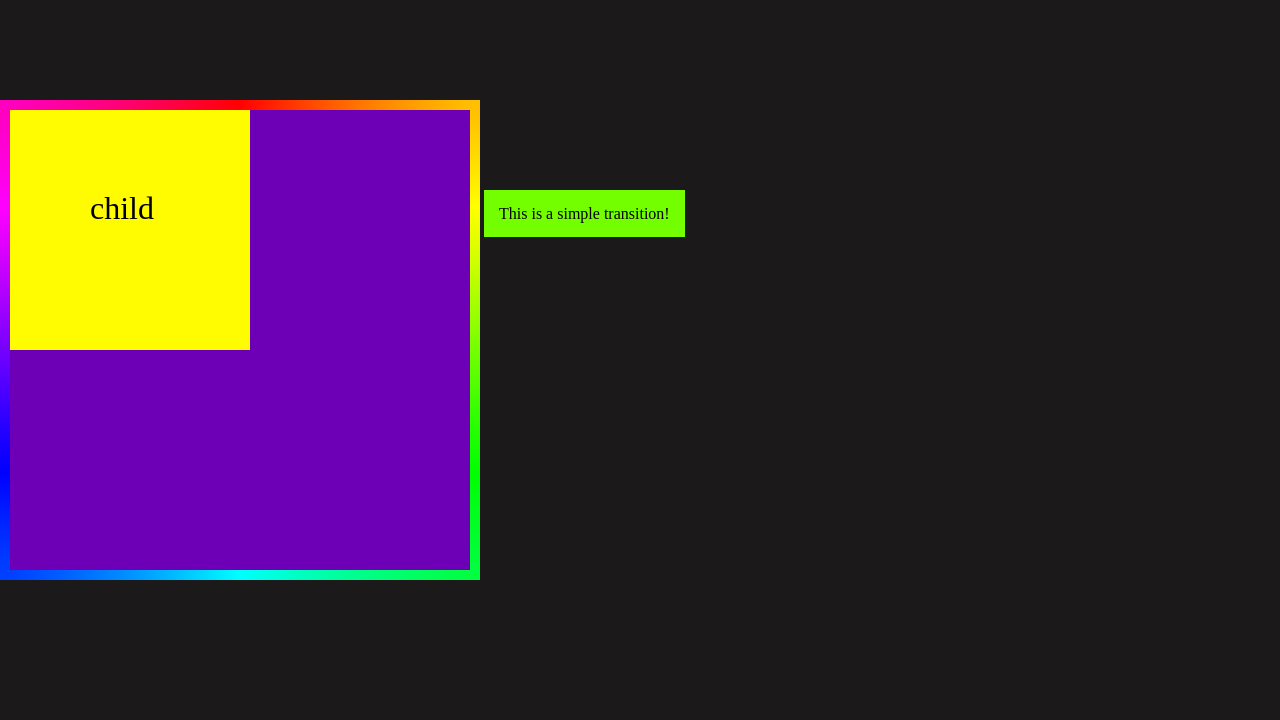
Repository: badhon252/revision
Page: Day-5/index.html
The author's editor kept a copy of each file at every save. The page is drawn from the files as they stood at one save, then again after the next save.
The browser window is 1280 px wide. The pictures show the whole page.

Above is the page before, as saved 2022-02-12 00:15:06.

### Day-5/index.html
<!DOCTYPE html>
<html lang="en">

<head>
    <meta charset="UTF-8">
    <meta http-equiv="X-UA-Compatible" content="IE=edge">
    <meta name="viewport" content="width=device-width, initial-scale=1.0">
    <link rel="stylesheet" href="index.css">
    <title>animation</title>
</head>

<body>
    <div class="main">


        <div class="parent">
            <div class="child">child</div>
        </div>
        <div class="tooltip">
            This is a simple transition!
        </div>
    </div>
</body>

</html>

### Day-5/index.css
* {
  margin: 0;
  padding: 0;
  box-sizing: border-box;
  background-color: rgb(27, 25, 25);
}

.parent {
  width: 30rem;
  height: 30rem;
  background-color: rgb(109, 0, 182);
  /* background-image: linear-gradient(
    to bottom,
    rgb(0, 0, 185),
    rgb(0, 189, 189),
    rgb(255, 0, 0),
    rgb(0, 255, 0)
  ); */
  margin: 100px auto;
  border-style: solid;
  border-width: 10px;
  border-image: conic-gradient(red, yellow, lime, aqua, blue, magenta, red) 1;
  display: inline-block;
}

.child {
  padding: 5rem;
  font-size: 2rem;
  width: 15rem;
  height: 15rem;
  background-color: rgb(255, 251, 0);
  transition: all 1s;
  transition-timing-function: cubic-bezier(0.1, 1, 1, 0.1);
}
.tooltip {
  padding: 15px;
  background-color: rgb(115, 255, 0);
  display: inline;
}

.parent:hover .child {
  background-color: rgb(24, 255, 159);
  transform: translateX(100%);
  /* transform: scale(1.5); */
}

/*The matrix() method combines all the 2D transform methods into one.
The matrix() method take six parameters, containing mathematic functions, which allows you to rotate, scale, move (translate), and skew elements.

##The parameters are as follow: matrix(scaleX(),skewY(),skewX(),scaleY(),translateX(),translateY())*/

.parent:hover {
  /* transform: skewY(1deg); */
  transform: matrix(0, 1deg, 0, 0, 100%, 0);
  border-image: conic-gradient(red, aqua, yellow, lime, blue, magenta) 1;
}

After the next save:
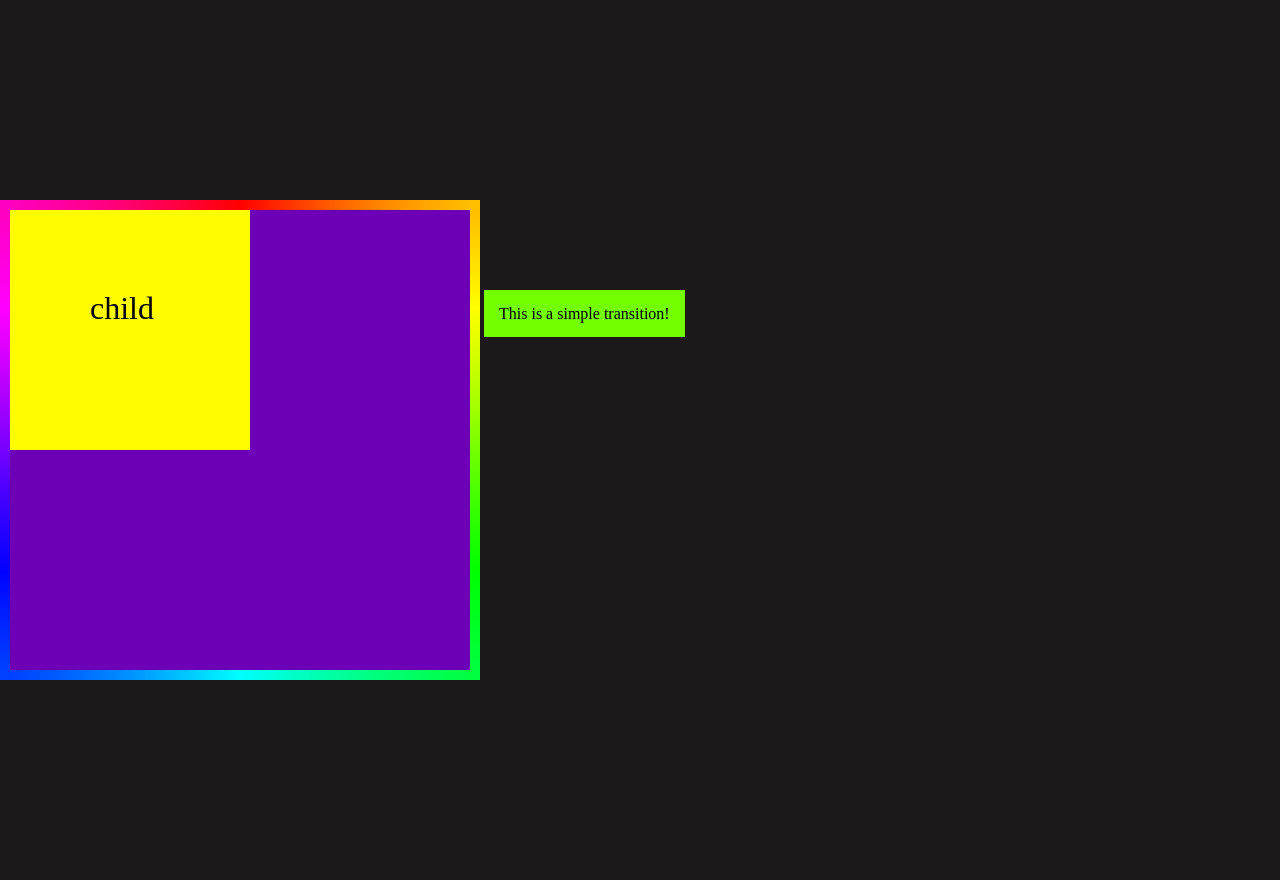
Saved 37 s later.
--- a/Day-5/index.css
+++ b/Day-5/index.css
@@ -3,6 +3,9 @@
   padding: 0;
   box-sizing: border-box;
   background-color: rgb(27, 25, 25);
+}
+.main {
+  margin: 100px auto;
 }
 
 .parent {

After the save that followed:
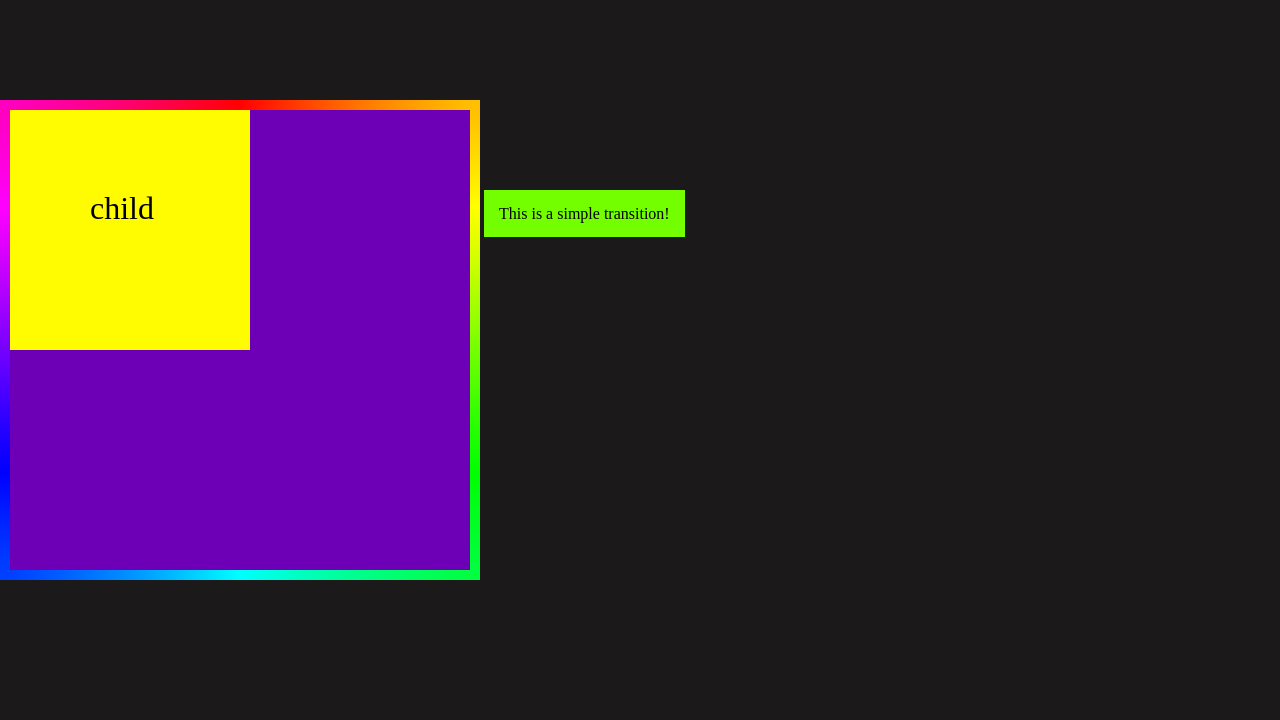
Saved 8 s later.
--- a/Day-5/index.css
+++ b/Day-5/index.css
@@ -19,7 +19,6 @@
     rgb(255, 0, 0),
     rgb(0, 255, 0)
   ); */
-  margin: 100px auto;
   border-style: solid;
   border-width: 10px;
   border-image: conic-gradient(red, yellow, lime, aqua, blue, magenta, red) 1;
